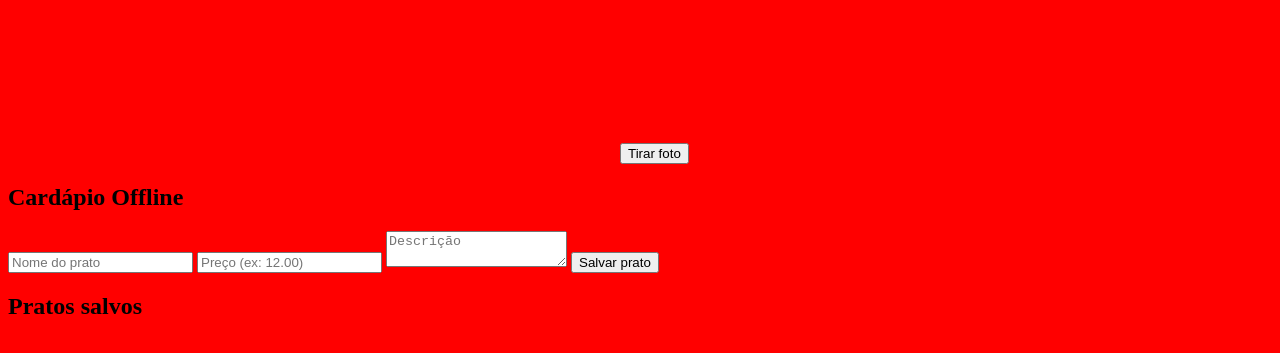
Repository: yasmimSM2007/Projeto-Final-PDM
Page: cardapio-offline/index.html
The author's editor kept a copy of each file at every save. The page is drawn from the files as they stood at one save, then again after the next save.
The browser window is 1280 px wide. The pictures show the whole page.

Above is the page before, as saved 2025-11-20 17:46:48.

After the next save:
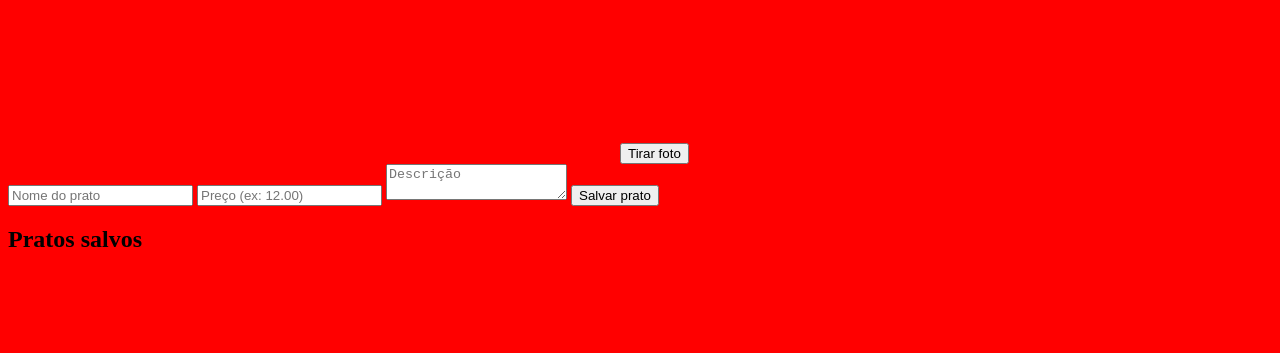
Saved 89 s later.
--- a/cardapio-offline/index.html
+++ b/cardapio-offline/index.html
@@ -33,7 +33,7 @@
     <!--  BLOCO DO CARDÁPIO OFFLINE           -->
     <!-- ===================================== -->
     <section id="menu">
-      <h1>Cardápio Offline</h1>
+
 
       <form id="dish-form">
         <input id="name" placeholder="Nome do prato" required />

After the save that followed:
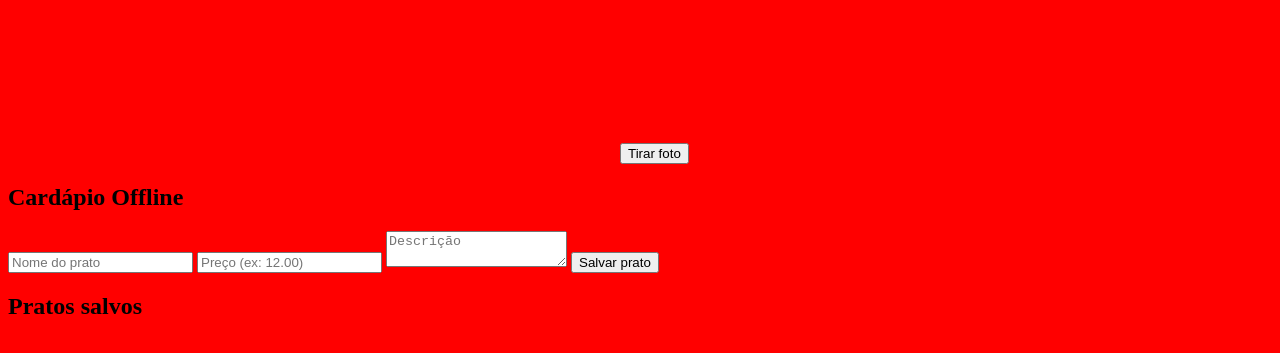
Saved 16 s later.
--- a/cardapio-offline/index.html
+++ b/cardapio-offline/index.html
@@ -33,7 +33,7 @@
     <!--  BLOCO DO CARDÁPIO OFFLINE           -->
     <!-- ===================================== -->
     <section id="menu">
-
+      <h1>Cardápio Offline</h1>
 
       <form id="dish-form">
         <input id="name" placeholder="Nome do prato" required />
